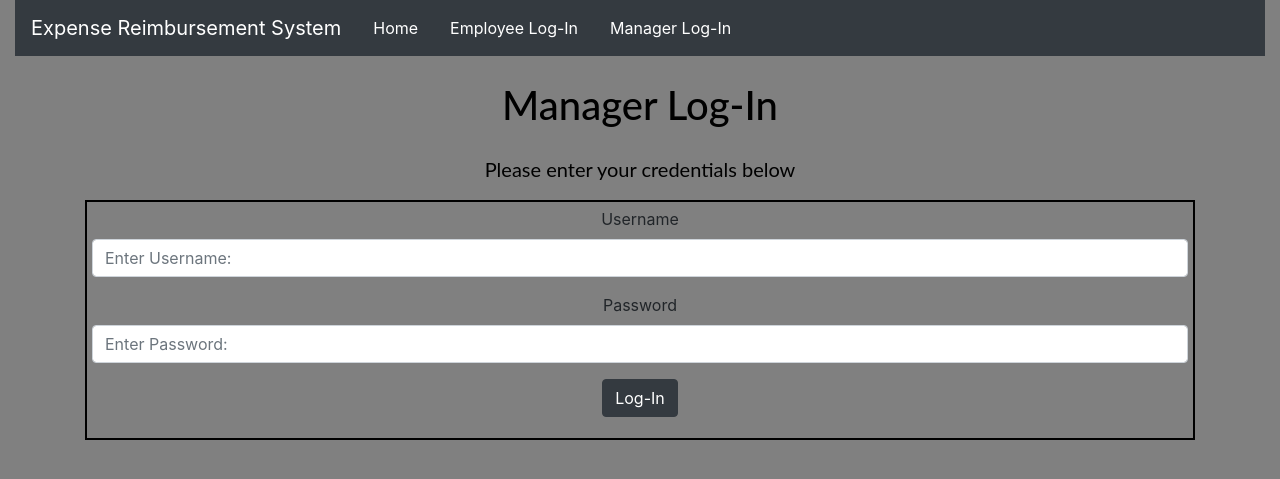
Repository: Trevormulrenin/ers-app
Page: http://localhost/ers-app/html/manager_login.html
An editor plug-in stored every save of this project. The page is shown before and after the next save, followed by the edit.
The browser window is 1280 px wide. The pictures show the whole page.
The page is served by Tomcat 9.

Above is the page before, as saved 2021-04-01 17:25:49.

After the next save:
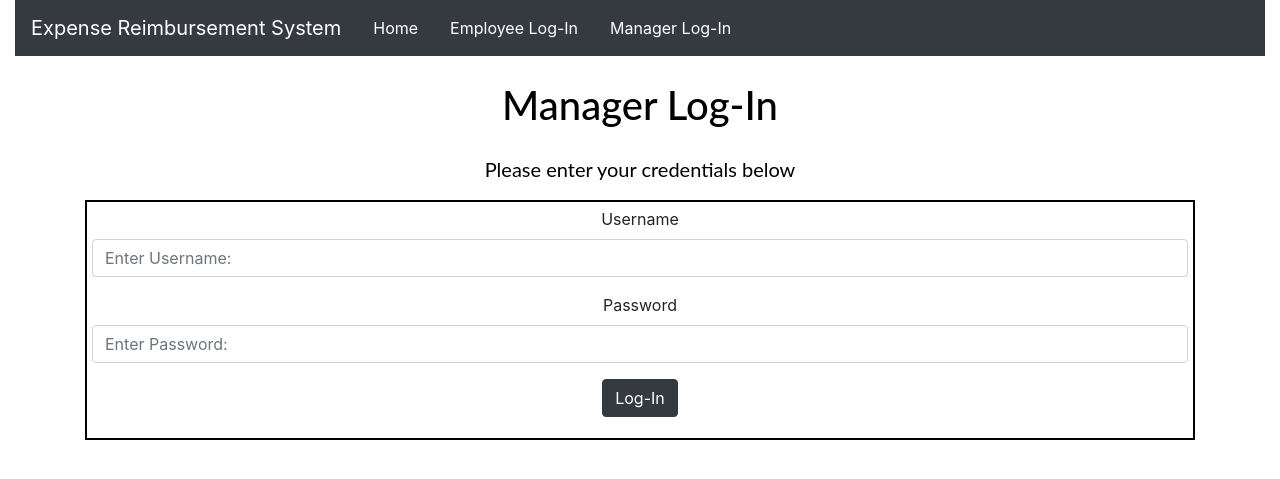
Saved 42 s later.
--- a/ers-app/src/main/webapp/css/style.css
+++ b/ers-app/src/main/webapp/css/style.css
@@ -1,8 +1,6 @@
 @charset "UTF-8";
 
-body {
-	background-color:gray;
-}
+
 #navbar-menu-right{
 	text-decoration: none;
 	color: black;
@@ -11,6 +9,7 @@ body {
 #fill-out {
 	color: solid black;
 	text-align:center;
+	font-size: 15px;
 }
 
 .nav-item, .nav-item-active, .nav-list-right {
